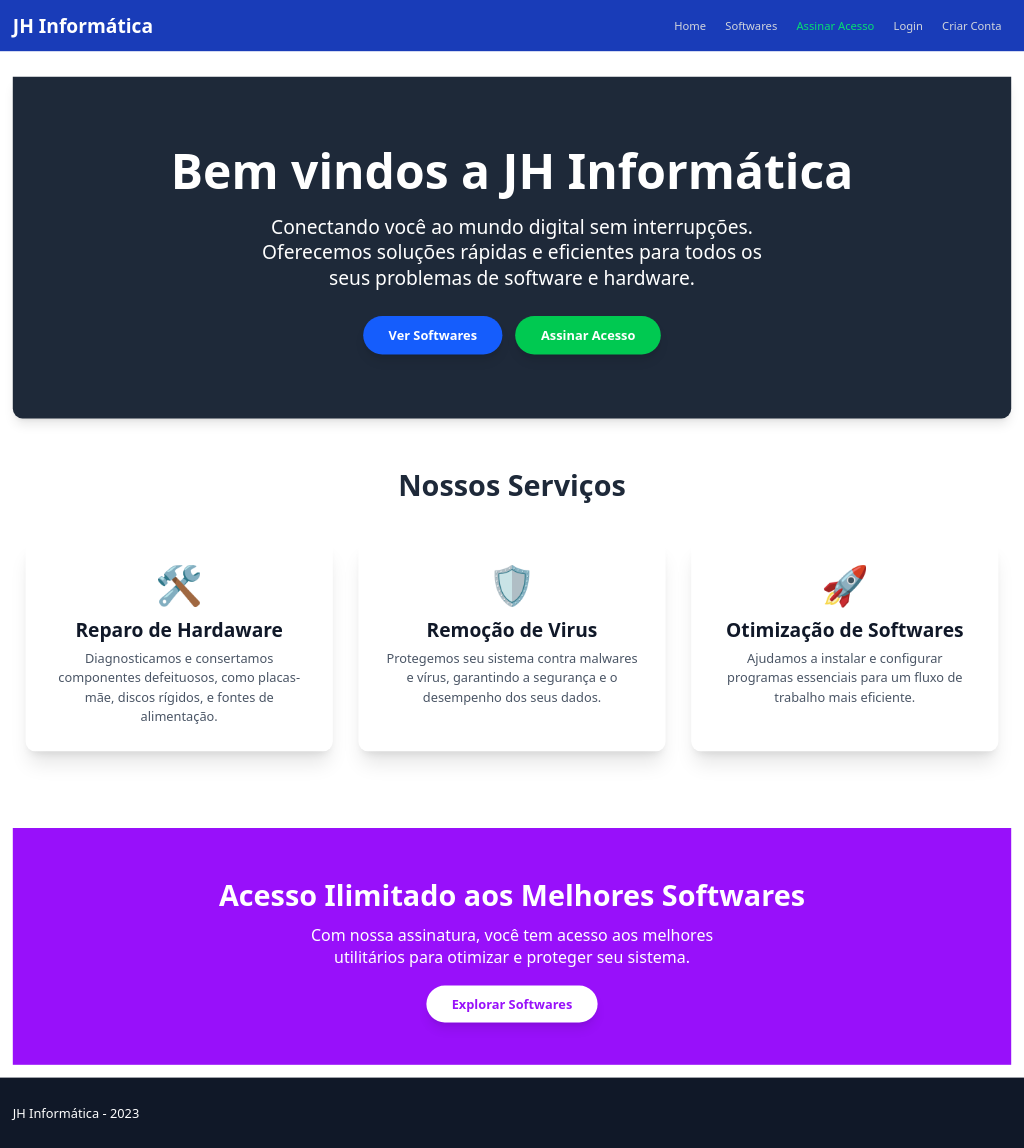
Repository: estevam02009/jh-info
Page: / (app in frontend/)
The author's editor kept a copy of each file at every save. The page is drawn from the files as they stood at one save, then again after the next save.
The browser window is 1280 px wide. The pictures show the whole page, at 80% of full size.
The project was rebuilt for these pictures with package versions that can differ from the ones it lists, and the page was loaded fresh each time. Also part of the build but not shown: frontend/src/pages/Login.jsx, frontend/src/pages/Register.jsx, frontend/src/pages/Dashboard.jsx, frontend/src/components/ProtectedRoute.jsx, frontend/src/pages/SoftwareList.jsx, frontend/src/pages/SoftwareDetails.jsx, frontend/src/pages/SoftwareManagement.jsx, frontend/src/pages/PaymentPage.jsx and 1 more.

Above is the page before, as saved 2025-07-13 13:49:43.

### frontend/index.html
<!doctype html>
<html lang="en">
  <head>
    <meta charset="UTF-8" />
    <link rel="icon" type="image/svg+xml" href="/vite.svg" />
    <meta name="viewport" content="width=device-width, initial-scale=1.0" />
    <title>JH Informática</title>
  </head>
  <body>
    <div id="root"></div>
    <script type="module" src="/src/main.jsx"></script>
  </body>
</html>

### frontend/src/main.jsx
// src/main.jsx
import React from 'react';
import ReactDOM from 'react-dom/client';
import App from './App.jsx';
import './index.css'; // Para estilos globais
import { BrowserRouter } from 'react-router-dom';
import { AuthProvider } from './context/AuthContext.jsx'; // Contexto de Autenticação

ReactDOM.createRoot(document.getElementById('root')).render(
    <React.StrictMode>
        <BrowserRouter>
            <AuthProvider> {/* O AuthProvider envolve toda a aplicação */}
                <App />
            </AuthProvider>
        </BrowserRouter>
    </React.StrictMode>,
);

### frontend/src/App.jsx
import React from "react";
import {Link, Routes, Route} from "react-router-dom";
import Login from "./pages/Login.jsx";
import Register from "./pages/Register.jsx";
import Home from "./pages/Home.jsx";
import Dashboard from "./pages/Dashboard.jsx";
import ProtectedRoute from "./components/ProtectedRoute";
import SoftwareList from "./pages/SoftwareList";
import SoftwareDetails from "./pages/SoftwareDetails";
import SoftwareManagement from "./pages/SoftwareManagement";
import PaymentPage from "./pages/PaymentPage";
import MySoftwares from "./pages/MySoftwares.jsx";
import { useAuth } from "./context/AuthContext";


const App = () => {

    const { user, logout } = useAuth(); // Obtém o estado do usuário e a função de logout

    return (
        <>
            <nav className="bg-blue-800 p-4">
                <div className="container mx-auto flex justify-between items-center">
                    <Link to="/" className="text-white text-2xl font-bold">JH Informática</Link>
                    <div>
                        <Link to="/" className="text-gray-300 hover:bg-white hover:text-blue-500 px-3 py-2 rounded-md text-sm font-medium">Home</Link>
                        <Link to="/softwares" className="text-gray-300 hover:bg-white hover:text-blue-500 px-3 py-2 rounded-md text-sm font-medium">Softwares</Link>

                        {/* Link para a página de Pagamento/Assinatura */}
                        {!user?.hasPaidAccess && (
                            <Link to="/subscribe" className="text-green-400 hover:bg-gray-700 hover:text-green-200 px-3 py-2 rounded-md text-sm font-medium">Assinar Acesso</Link>
                        )}

                    {/*    Links visiveis apenas se o usuário estiver logado    */}
                        {user ? (
                            <>
                                <Link to="/dashboard" className="text-gray-300 hover:bg-white hover:text-blue-500 px-3 py-2 rounded-md text-sm font-medium">Dashboard</Link>
                                {user.hasPaidAccess && ( // Mostrar "Meus Softwares" apenas se tiver pago
                                    <Link to="/my-softwares" className="text-gray-300 hover:bg-white hover:text-blue-500 px-3 py-2 rounded-md text-sm font-medium">Meus Softwares</Link>
                                )}
                            {/* Link para gerenciamento de softwares - visivel apenas para admins logados */}
                                {user.role === "admin" && (
                                    <Link to="/admin/softwares" className="text-gray-300 hover:bg-white hover:text-blue-500 px-3 py-2 rounded-md text-sm font-medium">Gerenciar Softwares</Link>
                                )}
                                <button
                                    onClick={logout}
                                    className="bg-red-600 hover:bg-red-800 px-3 py-2 rounded-md text-sm text-white font-medium ml-4"
                                >Sair</button>
                            </>
                        ) : (

                            <>
                                {/* Links visivéis apenas se o usuário não estiver logado */}
                                <Link to="/login" className="text-gray-300 hover:bg-white hover:text-blue-500 px-3 py-2 rounded-md text-sm font-medium">Login</Link>
                                <Link to="/register" className="text-gray-300 hover:bg-white hover:text-blue-500 px-3 py-2 rounded-md text-sm font-medium">Criar Conta</Link>
                            </>
                        )}
                    </div>
                </div>
            </nav>

            {/* Conteúdo principal*/}
            <div className="container mx-auto p-4 mt-4">
                <Routes>
                    <Route path="/" element={<Home />} />
                    <Route path="/login" element={<Login />} />
                    <Route path="/register" element={<Register />} />

                    <Route path="/softwares" element={<SoftwareList />} /> {/* <-- Nova Rota */}
                    <Route path="/softwares/:id" element={<SoftwareDetails />} />

                    {/* Rota para a página de assinatura. É acessível se o usuário estiver logado ou não, mas a lógica de pagamento exige login */}
                    <Route path="/subscribe" element={<PaymentPage />} />

                {/* Rotas protegidas */}
                    <Route element={<ProtectedRoute />}>
                        <Route path="/dashboard" element={<Dashboard />}></Route>
                        <Route path="/my-softwares" element={<MySoftwares />} />
                    </Route>

                    <Route element={<ProtectedRoute allowedRoles={['admin']} />}>
                        <Route path="/admin/softwares" element={<SoftwareManagement />} />
                    </Route>

                    <Route path="*" element={<h2 className="text-4xl font-bold text-red-500">404 - Página não encontrada</h2>}></Route>
                </Routes>
            </div>

            {/* Footer (Rodapé) */}
            <footer className='bg-gray-900 p-4 text-white py-8 px-4 mt-auto'>
                <p>JH Informática - 2023</p>
            </footer>
        </>
    )
}

export default App;

### frontend/src/context/AuthContext.jsx
// src/context/AuthContext.jsx
import React, { createContext, useState, useEffect, useContext } from 'react';
import axios from 'axios';

const AuthContext = createContext();

export const AuthProvider = ({ children }) => {
    // O estado 'user' agora conterá o campo 'hasPaidAccess'
    const [user, setUser] = useState(null);
    const [token, setToken] = useState(null);
    const [loading, setLoading] = useState(true); // Para saber se o token está sendo verificado

    // Base da URL da sua API
    const API_URL = 'http://localhost:5000/api'; // Certifique-se que a porta está correta

    // Carrega o token e usuário do localStorage ao iniciar
    useEffect(() => {
        const storedToken = localStorage.getItem('token');
        const storedUser = localStorage.getItem('user');

        if (storedToken && storedUser) {
            setToken(storedToken);

            if (storedToken && storedUser) {
                setToken(storedToken);
                // Garante que o usuário no estado inclui 'hasPaidAccess'
                try {
                    const userData = JSON.parse(storedUser);
                    setUser(userData);
                } catch (error) {
                    console.error('Erro ao fazer parse do usuário do localStorage:', error);
                    localStorage.removeItem('token');
                    localStorage.removeItem('user');
                }
            }

            // Configura o token no cabeçalho padrão do Axios para todas as requisições
            axios.defaults.headers.common['Authorization'] = `Bearer ${storedToken}`;
        }
        setLoading(false);
    }, []);

    const login = async (email, password) => {
        try {
            const response = await axios.post(`${API_URL}/auth/login`, { email, password });
            const { token, hasPaidAccess, ...userData } = response.data; // Capture 'hasPaidAccess'

            setToken(token);
            // Certifique-se de que o objeto user no estado inclui hasPaidAccess
            setUser({ ...userData, hasPaidAccess: hasPaidAccess });

            localStorage.setItem('token', token);
            // Armazene o objeto de usuário completo no localStorage, incluindo 'hasPaidAccess'
            localStorage.setItem('user', JSON.stringify({ ...userData, hasPaidAccess: hasPaidAccess }));

            axios.defaults.headers.common['Authorization'] = `Bearer ${token}`; // Atualiza o header
            return response.data;
        } catch (error) {
            console.error('Erro de login:', error.response?.data || error.message);
            throw error.response?.data || { message: 'Erro ao fazer login' };
        }
    };

    // Função para atualizar o estado do usuário (útil após o pagamento)
    const updateUserAccessStatus = (updatedUser) => {
        setUser(updatedUser);
        localStorage.setItem('user', JSON.stringify(updatedUser));
    }

    const register = async (name, email, password, role = 'user') => {
        try {
            const response = await axios.post(`${API_URL}/auth/register`, { name, email, password, role });
            // Geralmente, após o registro, você pode logar o usuário automaticamente ou redirecioná-lo para a tela de login
            return response.data;
        } catch (error) {
            console.error('Erro de registro:', error.response?.data || error.message);
            throw error.response?.data || { message: 'Erro ao registrar' };
        }
    };

    const logout = () => {
        setToken(null);
        setUser(null);
        localStorage.removeItem('token');
        localStorage.removeItem('user');
        delete axios.defaults.headers.common['Authorization']; // Remove o header do Axios
    };

    return (
        <AuthContext.Provider value={{ user, token, loading, login, register, logout, updateUserAccessStatus }}>
            {children}
        </AuthContext.Provider>
    );
};

export const useAuth = () => useContext(AuthContext);

### frontend/src/pages/Home.jsx
import React from 'react';
import { Link } from 'react-router-dom';

const Home = () => {
    return (
        <div className="flex flex-col items-center">

            {/* Seção Principal (Hero) */}
            <div className='bg-gray-800 text-white w-full py-20 px-4 text-center rounded-b-xl shadow-lg'>
                <h1 className='text-5xl md:text-6xl font-extrabold leading-tight mb-4'>
                    Bem vindos a JH Informática
                </h1>
                <p className='text-xl md:text-2xl font-light max-w-2xl mx-auto mb-8'>
                    Conectando você ao mundo digital sem interrupções. Oferecemos soluções rápidas e eficientes para todos os seus problemas de software e hardware.
                </p>
                <div className="flex justify-center space-x-4">
                    <Link
                        to="/softwares"
                        className="bg-blue-600 hover:bg-blue-700 text-white font-bold py-3 px-8 rounded-full shadow-lg transition duration-300"
                    >
                        Ver Softwares
                    </Link>
                    <Link
                        to="/subscribe"
                        className="bg-green-500 hover:bg-green-700 text-white font-bold py-3 px-8 rounded-full shadow-lg transition duration-300"
                    >
                        Assinar Acesso
                    </Link>
                </div>
            </div>

            {/* Seção nossos serviços */}
            <div className="container mx-auto py-16 px-4">
                <h2 className="text-4xl font-bold text-center text-gray-800 mb-12">Nossos Serviços</h2>
                <div className='grid grid-cols-1 md:grid-cols-2 lg:grid-cols-3 gap-8'>

                    {/* Card de Serviços */}
                    <div className='bg-white rounded-xl shadow-xl p-8 text-center transition-transform transform hover:scale-106 duration-300'>
                        <div className='text-5xl text-blue-600 mb-4'>🛠️</div>
                        <h3 className='text-2xl font-semibold text-gray-900 mb-2'>Reparo de Hardaware</h3>
                        <p className='text-gray-600'>
                            Diagnosticamos e consertamos componentes defeituosos, como placas-mãe, discos rígidos, e fontes de alimentação.
                        </p>
                    </div>

                    {/* Card de Serviços 2 */}
                    <div className='bg-white rounded-xl shadow-xl p-8 text-center transition-transform transform hover:scale-106 duration-300'>
                        <div className='text-5xl text-blue-600 mb-4'>🛡️</div>
                        <h3 className='text-2xl font-semibold text-gray-900 mb-2'>Remoção de Virus</h3>
                        <p className='text-gray-600'>
                            Protegemos seu sistema contra malwares e vírus, garantindo a segurança e o desempenho dos seus dados.
                        </p>
                    </div>

                    {/* Card de Serviços 2 */}
                    <div className='bg-white rounded-xl shadow-xl p-8 text-center transition-transform transform hover:scale-106 duration-300'>
                        <div className='text-5xl text-blue-600 mb-4'>🚀</div>
                        <h3 className='text-2xl font-semibold text-gray-900 mb-2'>Otimização de Softwares</h3>
                        <p className='text-gray-600'>
                            Ajudamos a instalar e configurar programas essenciais para um fluxo de trabalho mais eficiente.
                        </p>
                    </div>
                </div>
            </div>

            {/* Seção de chamada para a ação */}
            <div className="w-full bg-purple-600 text-white text-center py-16 px-4 mt-8">
                <h2 className="text-3xl md:text-4xl font-bold mb-4">Acesso Ilimitado aos Melhores Softwares</h2>
                <p className="text-lg md:text-xl font-light mb-8 max-w-xl mx-auto">
                    Com nossa assinatura, você tem acesso aos melhores utilitários para otimizar e proteger seu sistema.
                </p>
                <Link
                    to="/softwares"
                    className="bg-white text-purple-600 font-bold py-3 px-8 rounded-full shadow-lg transition duration-300 hover:bg-gray-100"
                >
                    Explorar Softwares
                </Link>
            </div>
        </div>
    )
}

export default Home;

Loaded but not shown: frontend/src/index.css (common file)

After the next save:
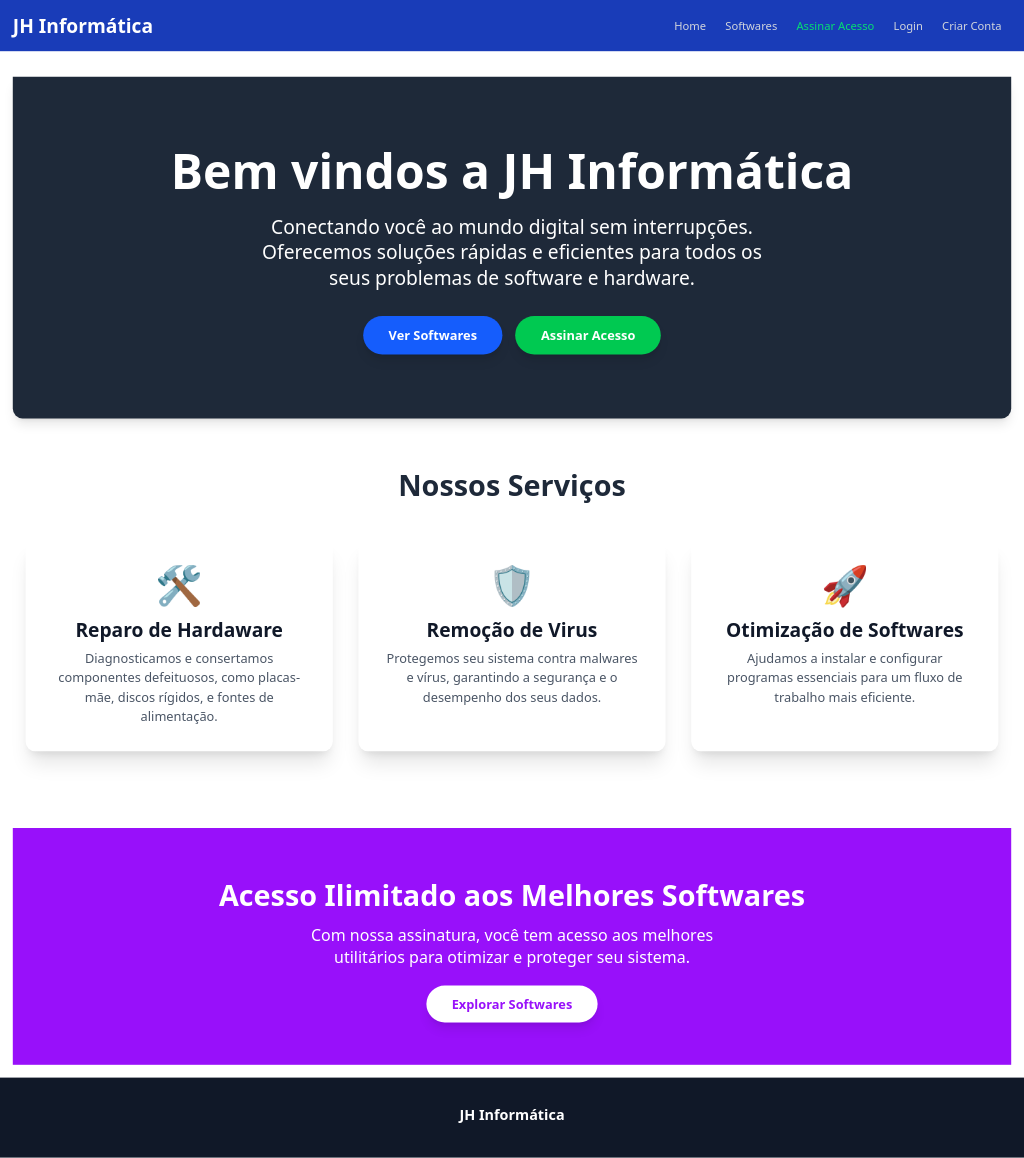
Saved 64 s later.
--- a/frontend/src/App.jsx
+++ b/frontend/src/App.jsx
@@ -88,7 +88,9 @@ const App = () => {
 
             {/* Footer (Rodapé) */}
             <footer className='bg-gray-900 p-4 text-white py-8 px-4 mt-auto'>
-                <p>JH Informática - 2023</p>
+                <div className="container mx-auto text-center">
+                    <p className="text-lg font-bold mb-2">JH Informática</p>
+                </div>
             </footer>
         </>
     )
